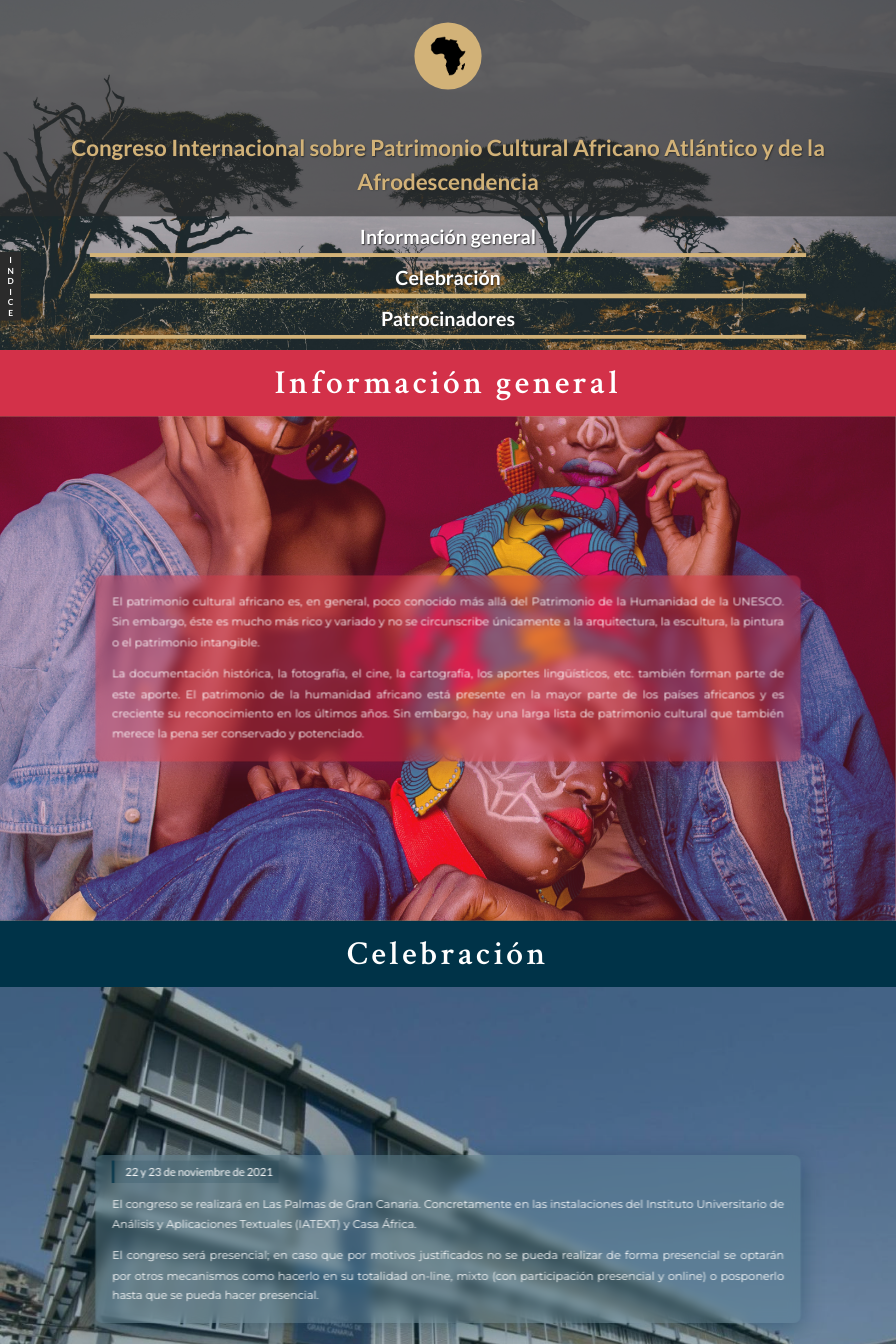
Repository: Letram/congresoafrica
Page: index.html
The author's editor kept a copy of each file at every save. The page is drawn from the files as they stood at one save, then again after the next save.
The browser window is 1280 px wide. The pictures show the part of the page from y = 0 to 1920 px (the page is 2945 px tall), at 70% of full size.
Backgrounds fixed to the window are drawn as part of the page. Some web libraries are served in a nearby version. The style sheet was rebuilt from its Sass, Less or Tailwind sources for each picture, by a compiler version that may differ from the author's.

Above is the page before, as saved 2021-04-30 12:51:14.

### index.html
<!DOCTYPE html>
<html lang="en">
  <head>
    <meta charset="UTF-8" />
    <meta name="viewport" content="width=device-width, initial-scale=1.0" />
    <title>
      CONGRESO INTERNACIONAL SOBRE PATRIMONIO CULTURAL AFRICANO ATLÁNTICO Y DE
      LA AFRODESCENDENCIA
    </title>
    <link rel="stylesheet" href="styles/simple-grid.min.css" />
    <link rel="stylesheet" href="styles/styles.css" />
    <link rel="shortcut icon" href="resources/pictures/favicon.png" type="image/x-icon">
  </head>
  <body>
    <header id="header">
      <section class="head">
        <div class="logo">
          <img src="resources\pictures\africa-icon-9.jpg" alt="" />
        </div>
        <h2 class="title">
          Congreso Internacional sobre Patrimonio Cultural Africano Atlántico y
          de la Afrodescendencia
        </h2>
      </section>
      <nav class="navigation">
        <a href="#s1"><p>Información general</p></a>
        <a href="#s2"><p>Celebración</p></a>
        <a href="#s3"><p>Patrocinadores</p></a>
      </nav>
    </header>
    <article>
      <h1 id="s1" class="title t1">Información general</h1>
      <section class="section sec-1">
        <div class="card">
          <div class="content">
            <p>
              El patrimonio cultural africano es, en general, poco conocido más
              allá del Patrimonio de la Humanidad de la UNESCO. Sin embargo,
              éste es mucho más rico y variado y no se circunscribe únicamente a
              la arquitectura, la escultura, la pintura o el patrimonio
              intangible.
            </p>
            <p>
              La documentación histórica, la fotografía, el cine, la
              cartografía, los aportes lingüísticos, etc. también forman parte
              de este aporte. El patrimonio de la humanidad africano está
              presente en la mayor parte de los países africanos y es creciente
              su reconocimiento en los últimos años. Sin embargo, hay una larga
              lista de patrimonio cultural que también merece la pena ser
              conservado y potenciado.
            </p>
          </div>
        </div>
      </section>
      <h1 id="s2" class="title t2">Celebración</h1>
      <section class="section sec-2">
        <div class="card">
          <div class="content">
            <span class="fecha">22 y 23 de noviembre de 2021</span>
            <p>
              El congreso se realizará en Las Palmas de Gran Canaria.
              Concretamente en las instalaciones del Instituto Universitario de
              Análisis y Aplicaciones Textuales (IATEXT) y Casa África.
            </p>
            <p>
              El congreso será presencial; en caso que por motivos justificados
              no se pueda realizar de forma presencial se optarán por otros
              mecanismos como hacerlo en su totalidad on-line, mixto (con
              participación presencial y online) o posponerlo hasta que se pueda
              hacer presencial.
            </p>
          </div>
        </div>
      </section>
      <h1 id="s3" class="title t3">Patrocinadores y colaboradores</h1>
      <section class="section sec-3">
        <div class="card">
          <div class="content">
            <div class="foundation">
              <div class="founders">
                <div class="founder founder1">
                  <p>Fundación Caja Canarias</p>
                  <img
                    src="./resources/pictures/fundacion_cajacanarias_logo_round.png"
                    alt="logo fundación Caja Canarias"
                  />
                </div>
                <div class="founder founder2">
                  <p>Fundación La Caixa</p>
                  <img
                    src="./resources/pictures/fundacion_la_caixa_logo_round.png"
                    alt="logo fundación La Caixa"
                  />
                </div>
                <p class="text">
                  A través del proyecto "Localización y puesta en valor del
                  patrimonio africano en Canarias"
                </p>
              </div>
              <div class="founder">
                <p> <i>(Colabora)</i> Casa Africa</p>
                <img
                  src="./resources/pictures/casa_africa_logo_round.png"
                  alt="logo Casa África"
                />
              </div>
              <div class="founder">
                <p>IATEXT</p>
                <img
                  src="./resources/pictures/submarcas_iatext_redes_copia-2.png"
                  alt="logo IATEXT"
                />
              </div>
            </div>
          </div>
        </div>
      </section>
    </article>

    <div class="index">
      <p id="indexToggle" onclick="toggleIndexes()" class="title">indice</p>
      <div id="indexes" class="indexes clipped">
        <a onclick="toggleIndexes()" href="#s1"><p>Información general</p></a>
        <a onclick="toggleIndexes()" href="#s2"><p>Celebración</p></a>
        <a onclick="toggleIndexes()" href="#s3"><p>Patrocinadores</p></a>
      </div>
    </div>

    <script
      src="https://cdnjs.cloudflare.com/ajax/libs/gsap/3.6.0/gsap.min.js"
      integrity="sha512-1dalHDkG9EtcOmCnoCjiwQ/HEB5SDNqw8d4G2MKoNwjiwMNeBAkudsBCmSlMnXdsH8Bm0mOd3tl/6nL5y0bMaQ=="
      crossorigin="anonymous"
    ></script>
    <script
      src="https://cdnjs.cloudflare.com/ajax/libs/gsap/3.6.0/EasePack.min.js"
      integrity="sha512-BtkmHcburTSPPhy5MastdmQoE2nLn+jCeZf73RXXd7dk6z6Z7FXIjVeVfBPHpnha0KYKSaNyBZLVvBNejz+5wg=="
      crossorigin="anonymous"
    ></script>
    <script
      src="https://cdnjs.cloudflare.com/ajax/libs/gsap/3.6.0/CSSRulePlugin.min.js"
      integrity="sha512-9F1xsW3TBG87UnyGcF1SrXph249h/eUKPRKJZVhXxW+OeDmCiBvU9/gLfOo5qEvGTjTxOr6YQrY4ImjL90IUyw=="
      crossorigin="anonymous"
    ></script>
    <script src="scripts/scripts.js"></script>
  </body>
</html>

### styles/simple-grid.min.css
@import url(https://fonts.googleapis.com/css?family=Lato:400,300,300italic,400italic,700,700italic);
body,
html {
  height: 100%;
  width: 100%;
  margin: 0;
  padding: 0;
  left: 0;
  top: 0;
  font-size: 100%;
}
.center,
.container {
  margin-left: auto;
  margin-right: auto;
}
* {
  font-family: Lato, Helvetica, sans-serif;
  color: #333447;
  line-height: 1.5;
}
h1 {
  font-size: 2.5rem;
}
h2 {
  font-size: 2rem;
}
h3 {
  font-size: 1.375rem;
}
h4 {
  font-size: 1.125rem;
}
h5 {
  font-size: 1rem;
}
h6 {
  font-size: 0.875rem;
}
p {
  font-size: 1.125rem;
  font-weight: 200;
  line-height: 1.8;
}
.font-light {
  font-weight: 300;
}
.font-regular {
  font-weight: 400;
}
.font-heavy {
  font-weight: 700;
}
.left {
  text-align: left;
}
.right {
  text-align: right;
}
.center {
  text-align: center;
}
.justify {
  text-align: justify;
}
.container {
  width: 90%;
}
.row {
  position: relative;
  width: 100%;
}
.row [class^="col"] {
  float: left;
  margin: 0.5rem 2%;
  min-height: 0.125rem;
}
.col-1,
.col-10,
.col-11,
.col-12,
.col-2,
.col-3,
.col-4,
.col-5,
.col-6,
.col-7,
.col-8,
.col-9 {
  width: 96%;
}
.col-1-sm {
  width: 4.33%;
}
.col-2-sm {
  width: 12.66%;
}
.col-3-sm {
  width: 21%;
}
.col-4-sm {
  width: 29.33%;
}
.col-5-sm {
  width: 37.66%;
}
.col-6-sm {
  width: 46%;
}
.col-7-sm {
  width: 54.33%;
}
.col-8-sm {
  width: 62.66%;
}
.col-9-sm {
  width: 71%;
}
.col-10-sm {
  width: 79.33%;
}
.col-11-sm {
  width: 87.66%;
}
.col-12-sm {
  width: 96%;
}
.row::after {
  content: "";
  display: table;
  clear: both;
}
.hidden-sm {
  display: none;
}
@media only screen and (min-width: 33.75em) {
  .container {
    width: 80%;
  }
}
@media only screen and (min-width: 45em) {
  .col-1 {
    width: 4.33%;
  }
  .col-2 {
    width: 12.66%;
  }
  .col-3 {
    width: 21%;
  }
  .col-4 {
    width: 29.33%;
  }
  .col-5 {
    width: 37.66%;
  }
  .col-6 {
    width: 46%;
  }
  .col-7 {
    width: 54.33%;
  }
  .col-8 {
    width: 62.66%;
  }
  .col-9 {
    width: 71%;
  }
  .col-10 {
    width: 79.33%;
  }
  .col-11 {
    width: 87.66%;
  }
  .col-12 {
    width: 96%;
  }
  .hidden-sm {
    display: block;
  }
}
@media only screen and (min-width: 60em) {
  .container {
    width: 75%;
    max-width: 60rem;
  }
}

### scripts/scripts.js
function toggleIndexes() {
  indexes = document.getElementById("indexes");
  indexes.classList.toggle("clipped");
}

### styles/styles.scss
$brown: rgb(210, 178, 120);
$orange: rgb(213, 108, 51);
$blue: #003348;
$blue-light: #5a8192;
$green: rgb(119, 146, 95);
$purple: rgb(119, 38, 94);
$pink: rgb(211, 49, 73);
$light: #b5d9bd;
$black: rgb(43, 43, 43);

@import url("https://fonts.googleapis.com/css2?family=Crimson+Text:wght@600");
@import url("https://fonts.googleapis.com/css2?family=Montserrat:wght@400;500");
* {
  all: default;
}
html {
  scroll-behavior: smooth;
}
body {
  background: #d2b278;
}

/* The sticky class is added to the navbar with JS when it reaches its scroll position */
.sticky {
  position: sticky;
  top: 0;
  z-index: 99;
}

header {
  background: url("../resources/pictures/pexels-oleg-magni-861339.jpg")
    rgba(43, 43, 43, 0.3);
  background-blend-mode: color;
  background-position: 0% 50%;
  background-size: cover;
  background-repeat: no-repeat;
  .head {
    display: flex;
    justify-content: center;
    align-items: center;
    .logo {
      position: relative;
      background-color: $brown;
      border-radius: 50%;
      display: flex;
      justify-content: center;
      align-items: center;
      width: 6rem;
      height: 6rem;
      margin: 2rem;
      img {
        width: 10rem;
        height: auto;
        object-fit: contain;
      }
    }
    .title {
      position: relative;
      color: $brown;
      text-shadow: 1px 1px 2px $black;
    }
    position: relative;
    &:before {
      content: "";
      position: absolute;
      top: 0;
      bottom: 0;
      left: 0;
      right: 0;
      background-color: rgba($color: $black, $alpha: 0.6);
    }
  }
  .navigation {
    display: flex;
    justify-content: space-between;
    align-items: center;
    width: 70%;
    margin: auto;
    padding-bottom: 1rem;
    a {
      position: relative;
      text-decoration: none;
      color: $brown;
      font-size: 2rem;
      overflow: hidden;
      &::before {
        content: "";
        width: 100%;
        height: 100%;
        position: absolute;
        bottom: 0;
        left: 0;
        right: 0;
        background: linear-gradient(
          $brown 12%,
          rgba($color: $brown, $alpha: 0.3) 12%
        );
        transform: translateY(90%);
        transition: all ease-in 0.15s;
      }
      &:hover {
        &::before {
          transform: translateY(0);
        }
      }
      p {
        margin: 0;
        padding: 0.25rem 4rem;
        text-decoration: none;
        color: white;
        font-size: 1.75rem;
        font-weight: bold;
        position: relative;
        transition: all ease-in 0.15s;
        text-shadow: 1px 1px 2px $black;
      }
    }
  }
}

article {
  display: flex;
  flex-direction: column;
  h1.title {
    width: 100%;
    margin: auto;
    padding: 2rem 0;
    text-align: center;
    background-color: $orange;
    color: white;
    font-family: "Crimson Text", serif;
    font-size: 3rem;
    line-height: normal;
    letter-spacing: 0.3rem;
    &.t1 {
      background-color: $pink;
    }
    &.t2 {
      background-color: $blue;
    }
    &.t3 {
      background-color: $brown;
    }
  }
}

.section {
  width: 100%;
  min-height: 100vh;
  background-attachment: fixed;
  background-position: center;
  background-repeat: no-repeat;
  position: relative;
  display: flex;
  justify-content: center;
  align-items: center;
  &.sec-1 {
    background-image: url("../resources/pictures/pexels-bestbe-models-2170387.jpg");
    background-size: cover;
    &::before {
      content: "";
      position: absolute;
      top: 0;
      bottom: 0;
      left: 0;
      right: 0;
      background: rgba($color: $pink, $alpha: 0.3);
      background-size: cover;
    }
    .card {
      background-color: rgba($color: $pink, $alpha: 0.45);
      box-shadow: 0 8px 32px 0 rgba($color: $purple, $alpha: 0.4);
      .content {
        color: white;
      }
    }
  }
  &.sec-2 {
    background-image: url("../resources/pictures/1568293830_982907_1568294091_noticia_normal_recorte1.jpg");
    background-size: cover;
    &::before {
      content: "";
      position: absolute;
      top: 0;
      bottom: 0;
      left: 0;
      right: 0;
      background: rgba($color: $blue, $alpha: 0.3);
      background-size: cover;
    }
    .card {
      background-color: rgba($color: $blue-light, $alpha: 0.45);
      box-shadow: 0 8px 32px 0 rgba($color: $blue, $alpha: 0.4);
      .content {
        color: white;
        .fecha {
          display: flex;
          align-items: center;
          width: fit-content;
          height: 2rem;
          color: white;
          background-color: rgba($color: #003348, $alpha: 0.15);
          padding: 0 0.5rem 0 0;
          &::before {
            content: "";
            height: inherit;
            border-right: 3px solid #003348;
            margin-right: 1rem;
          }
        }
      }
    }
  }
  &.sec-3 {
    background-image: url("../resources/pictures/pexels-cottonbro-6334763.jpg");
    background-size: cover;
    &::before {
      content: "";
      position: absolute;
      top: 0;
      bottom: 0;
      left: 0;
      right: 0;
      background: rgba($color: $orange, $alpha: 0.3);
      background-size: cover;
    }
    .card {
      background-color: rgba($color: $brown, $alpha: 0.45);
      box-shadow: 0 8px 32px 0 rgba($color: $orange, $alpha: 0.4);
      .content {
        color: white;
        .foundation {
          display: grid;
          grid-template-columns: 2fr 1fr 1fr;
          gap: 1rem;
          .founders {
            display: grid;
            gap: 1rem;
            grid-template-areas:
              "founder1 founder2"
              "text         text";

            .founder1 {
              grid-area: founder1;
            }
            .founder2 {
              grid-area: founder2;
            }
            .text {
              grid-area: text;
              font-size: 1rem;
              text-align: center;
              position: relative;
              &::before{
                content: "";
                position: absolute;
                top: -5%;
                width: 100%;
                border-top: 3px solid #d2b278;
              }
            }
            .founder1,
            .founder2 {
              p {
                text-align: center;
                font-size: 1rem;
              }
              img {
                display: block;
                object-fit: contain;
                width: 70%;
                height: auto;
                margin: 0 auto;
              }
            }
          }
          .founder {
            p {
              text-align: center;
              font-size: 1rem;
            }
            img {
              display: block;
              object-fit: contain;
              width: 70%;
              height: auto;
              margin: 0 auto;
              border-radius: 50%;
              background-color: white;
            }
          }
        }
      }
    }
  }
  .card {
    width: 60%;
    padding: 3rem 5rem;
    margin: 0 auto;
    background-color: rgba($color: white, $alpha: 0.4);
    background-clip: padding-box;
    backdrop-filter: blur(8px);
    border-radius: 10px;
    box-shadow: 0 8px 32px 0 rgba(31, 38, 135, 0.37);
    position: relative;
    .title {
      font-size: 3rem;
      position: relative;
      &:after {
        content: "";
        width: 100%;
        height: 0.35rem;
        background: $black;
        position: absolute;
        bottom: 0;
        left: 0;
      }
    }
    .content {
      p {
        font-size: 1.75rem;
        color: white;
        text-align: justify;
        font-family: "Montserrat", sans-serif;
        font-weight: 400;
      }
    }
  }
}
.index {
  position: fixed;
  top: 50%;
  left: 0;
  padding: 0;
  margin: 0;
  background: transparent;
  display: flex;
  //clip-path: circle(100% at 0 50%);
  //transition: clip-path ease-in 0.5s;
  .title {
    margin: 0;
    padding: 1rem;
    color: white;
    background: $black;
    text-transform: uppercase;
    writing-mode: vertical-rl;
    text-orientation: upright;
    cursor: pointer;
  }
  .indexes {
    border-left: 1px solid white;
    display: flex;
    flex-direction: column;
    justify-content: space-around;
    clip-path: circle(150% at 0 50%);
    background: $black;
    transition: all 0.5s ease-in-out;
    padding-left: 0.25rem;
    a {
      text-decoration: none;
      p {
        color: white;
        padding-right: 0.5rem;
        margin: 0;
        position: relative;
        overflow: hidden;
        &:after {
          content: "";
          width: 100%;
          height: 2px;
          background: white;
          position: absolute;
          bottom: 0;
          left: 0;
          transform: translateX(-100%);
          transition: all 0.25s ease-in;
        }
        &:hover {
          &:after {
            transform: translateX(0);
          }
        }
      }
    }
  }
}

.clipped {
  clip-path: circle(0% at 0 50%) !important;
}

@media (max-width: 1396px) {
  header {
    .head {
      flex-direction: column;
      .title {
        padding: 0 0.25rem !important;
        text-align: center;
      }
    }
    background-position: 0%;
    .navigation {
      width: 80%;
      flex-direction: column;
      a {
        width: 100%;
        p {
          text-align: center;
          padding: 0.25rem 0.25rem;
        }
      }
    }
  }
  article {
    .title {
      font-size: 1.5rem;
      padding: 1rem 0 !important;
    }
  }
  .section {
    .card {
      margin: 1rem auto !important;
      padding: 0.5rem 1.5rem !important;
      width: 75% !important;
      .content {
        p {
          font-size: 1rem !important;
          color: white;
        }
      }
    }
  }
  .index {
    .title {
      padding: 0.25rem;
      font-size: 0.75rem;
      font-weight: bold;
    }
    .indexes {
    }
  }
}

After the next save:
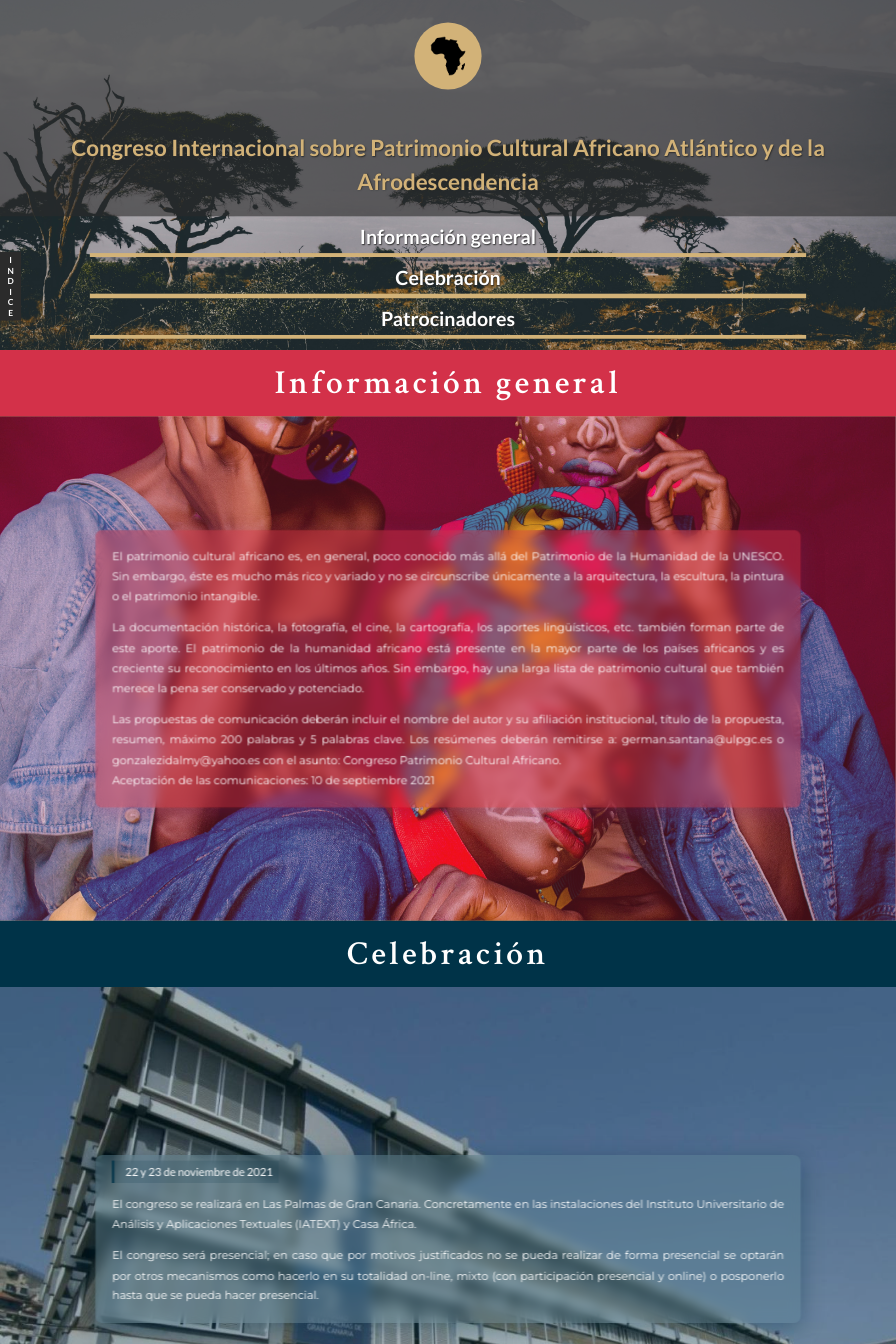
Saved 80 s later.
--- a/index.html
+++ b/index.html
@@ -9,7 +9,11 @@
     </title>
     <link rel="stylesheet" href="styles/simple-grid.min.css" />
     <link rel="stylesheet" href="styles/styles.css" />
-    <link rel="shortcut icon" href="resources/pictures/favicon.png" type="image/x-icon">
+    <link
+      rel="shortcut icon"
+      href="resources/pictures/favicon.png"
+      type="image/x-icon"
+    />
   </head>
   <body>
     <header id="header">
@@ -48,6 +52,15 @@
               su reconocimiento en los últimos años. Sin embargo, hay una larga
               lista de patrimonio cultural que también merece la pena ser
               conservado y potenciado.
+            </p>
+            <p>
+              Las propuestas de comunicación deberán incluir el nombre del autor
+              y su afiliación institucional, título de la propuesta, resumen,
+              máximo 200 palabras y 5 palabras clave. Los resúmenes deberán
+              remitirse a: german.santana@ulpgc.es o gonzalezidalmy@yahoo.es con
+              el asunto: Congreso Patrimonio Cultural Africano.
+              <br />
+              Aceptación de las comunicaciones: 10 de septiembre 2021
             </p>
           </div>
         </div>
@@ -98,7 +111,7 @@
                 </p>
               </div>
               <div class="founder">
-                <p> <i>(Colabora)</i> Casa Africa</p>
+                <p><i>(Colabora)</i> Casa Africa</p>
                 <img
                   src="./resources/pictures/casa_africa_logo_round.png"
                   alt="logo Casa África"
